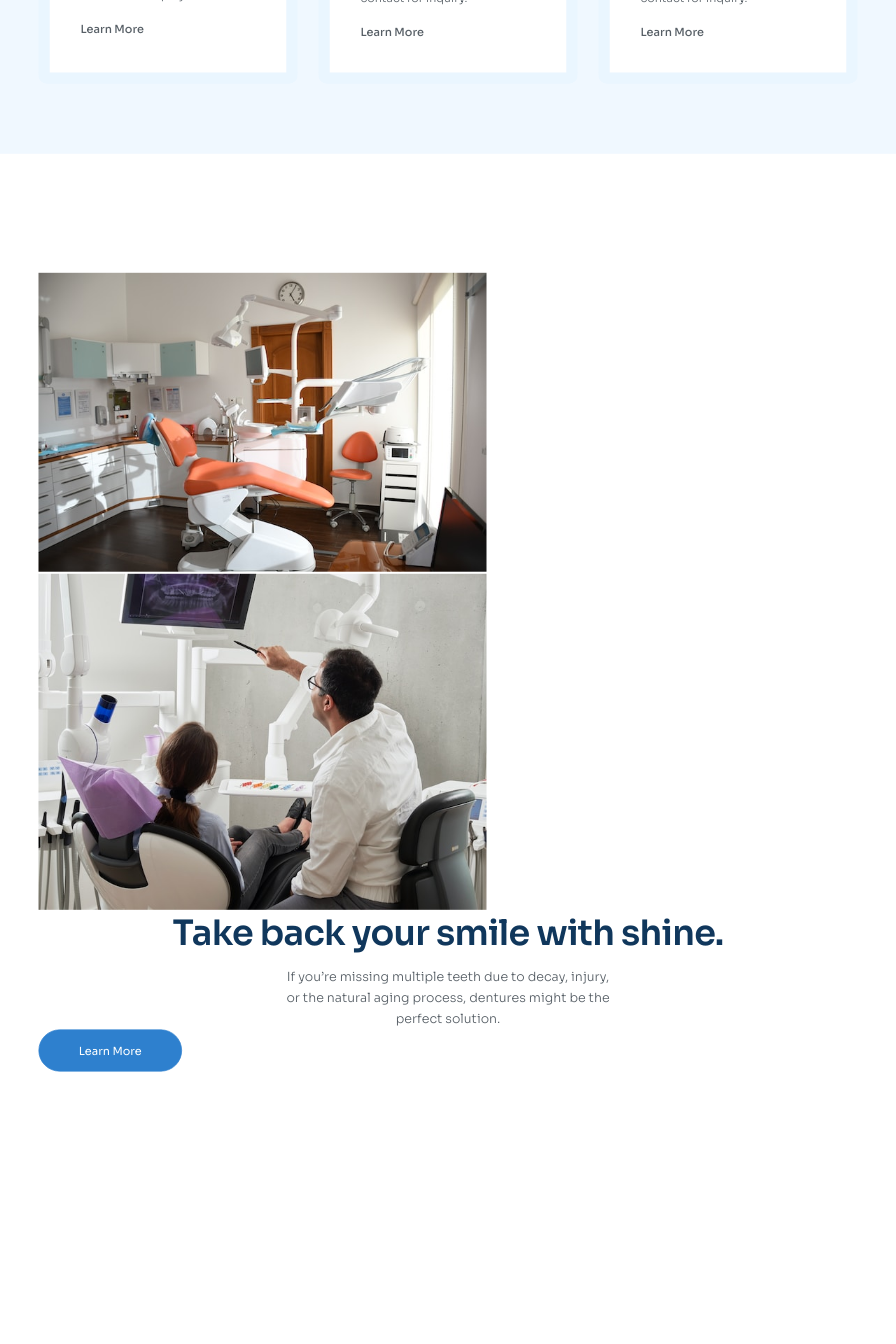
Repository: han2003dz/f8-project-03
Page: index.html
The author's editor kept a copy of each file at every save. The page is drawn from the files as they stood at one save, then again after a run of saves.
The browser window is 1280 px wide. The pictures show the part of the page from y = 2484 to 4404 px (the page is 6000 px tall), at 70% of full size.

Above is the page before, as saved 2023-05-06 20:57:12.

### index.html
<!DOCTYPE html>
<html lang="en">

<head>
    <meta charset="UTF-8">
    <meta http-equiv="X-UA-Compatible" content="IE=edge">
    <meta name="viewport" content="width=device-width, initial-scale=1.0">
    <title>Shine Smile</title>
    <!-- favicon -->
    <link rel="apple-touch-icon" sizes="57x57" href="./assets/favicon/apple-icon-57x57.png">
    <link rel="apple-touch-icon" sizes="60x60" href="./assets/favicon/apple-icon-60x60.png">
    <link rel="apple-touch-icon" sizes="72x72" href="./assets/favicon/apple-icon-72x72.png">
    <link rel="apple-touch-icon" sizes="76x76" href="./assets/favicon/apple-icon-76x76.png">
    <link rel="apple-touch-icon" sizes="114x114" href="./assets/favicon/apple-icon-114x114.png">
    <link rel="apple-touch-icon" sizes="120x120" href="./assets/favicon/apple-icon-120x120.png">
    <link rel="apple-touch-icon" sizes="144x144" href="./assets/favicon/apple-icon-144x144.png">
    <link rel="apple-touch-icon" sizes="152x152" href="./assets/favicon/apple-icon-152x152.png">
    <link rel="apple-touch-icon" sizes="180x180" href="./assets/favicon/apple-icon-180x180.png">
    <link rel="icon" type="image/png" sizes="192x192" href="./assets/favicon/android-icon-192x192.png">
    <link rel="icon" type="image/png" sizes="32x32" href="./assets/favicon/favicon-32x32.png">
    <link rel="icon" type="image/png" sizes="96x96" href="./assets/favicon/favicon-96x96.png">
    <link rel="icon" type="image/png" sizes="16x16" href="./assets/favicon/favicon-16x16.png">
    <link rel="manifest" href="./assets/favicon/manifest.json">
    <meta name="msapplication-TileColor" content="#ffffff">
    <meta name="msapplication-TileImage" content="./assets/favicon/ms-icon-144x144.png">
    <meta name="theme-color" content="#ffffff">
    <!-- embed font -->
    <link rel="preconnect" href="https://fonts.googleapis.com">
    <link rel="preconnect" href="https://fonts.gstatic.com" crossorigin>
    <link href="https://fonts.googleapis.com/css2?family=Sora:wght@300;400;500;600;700&display=swap" rel="stylesheet">
    <!-- my css -->
    <link rel="stylesheet" href="/assets/css/reset.css">
    <link rel="stylesheet" href="/assets/css/style.css">
</head>

<body style="height: 6000px;">
    <header class="header">
        <div class="container">
            <!-- nav -->
            <div class="navigation">
                <a href="#!">
                    <div class="logo">
                        <span class="logo__circle"></span>
                        <span class="logo__text">
                            <span class="logo__brand">shine</span>
                            <span class="logo__brand logo__brand--small">smile</span>
                        </span>
                    </div>
                </a>
                <nav class="navbar">
                    <ul class="nav__list">
                        <li class="nav__item">
                            <a href="#!" class="nav__link nav__link--active">Home</a>
                        </li>
                        <li class="nav__item">
                            <a href="#!" class="nav__link">Services</a>
                        </li>
                        <li class="nav__item">
                            <a href="#!" class="nav__link">About</a>
                        </li>
                        <li class="nav__item">
                            <a href="#!" class="nav__link">Doctors</a>
                        </li>
                    </ul>
                </nav>
                <!-- action -->
                <div class="header-action">
                    <a href="#!" class="header-action__login">Log In</a>
                    <button href="#!" class="header-action__sign-up btn">Sign Up</button>
                </div>
            </div>
            <!-- hero -->
            <section class="hero">
                <!-- hero content -->
                <div class="hero__content">
                    <h1 class="hero__heading">Exceptional dental care for all ages.</h1>
                    <p class="hero__desc">Exceptional dental care for all ages. Your great smile begins with a great
                        dentist.</p>
                    <div class="hero__row">
                        <a href="#!" class="btn hero__btn">Book Online</a>
                        <span class="hero__phone">or call (123) 456-7890</span>
                    </div>
                </div>
                <div class="hero__media">
                    <figure class="hero__images">
                        <img src="./assets/img/img1__hero.jpg" alt="" class="hero__img">
                        <img src="./assets/img/img2__hero.jpg" alt="" class="hero__img">
                    </figure>
                </div>

            </section>
        </div>
    </header>
    <main>
        <!-- service -->
        <div class="service">
            <div class="container">
                <h2 class="section-heading">Our services</h2>
                <p class="section-desc">Exceptional dental care for all ages. Your great smile begins with a great
                    dentist.</p>
                <div class="service__row">
                    <figure>
                        <img src="./assets/img/service-img3.jpg" alt="" class="service__img">
                    </figure>
                    <div>
                        <div class="service__list">
                            <!-- item 1 -->
                            <section class="service-item">
                                <div class="service-item__icon">
                                    <!-- icon -->
                                    <svg width="22" height="24" viewBox="0 0 22 24" fill="none"
                                        xmlns="http://www.w3.org/2000/svg">
                                        <path
                                            d="M20.3598 2.63964C17.9506 -0.556131 14.2772 -0.568132 11.2481 1.10682C11.001 1.24657 10.7219 1.31411 10.4406 1.30222C10.1592 1.29033 9.88633 1.19945 9.65105 1.03931C8.49552 0.245717 7.29036 -0.316477 5.13904 0.207462C0.623408 1.3071 0 4.90379 0 8.99816C0.0797353 12.1602 0.500857 15.3032 1.25551 18.3683C2.11836 22.0168 3.90382 24 5.43354 24C6.96326 24 7.00963 22.2204 7.00963 20.8016C7.00963 19.2009 7.39505 14.8009 10.8642 14.8009C13.5317 14.8009 14.3333 18.4013 14.3333 20.8016C14.3329 23.095 15.1722 24 16.6628 24C19.5267 24 20.9796 15.3938 21.3719 13.1237C21.7642 10.8535 22.9882 6.12569 20.3598 2.63964Z"
                                            fill="currentColor" />
                                    </svg>
                                </div>
                                <div class="service-item__body">
                                    <h3 class="service-item__heading">Oral Surgery</h3>
                                    <p class="service-item__desc">
                                        Everything you expect and then some. Cleanings, fillings, and x-rays.
                                    </p>
                                </div>
                            </section>
                            <!-- item 2 -->
                            <section class="service-item">
                                <div class="service-item__icon">
                                    <!-- icon -->
                                    <svg width="22" height="24" viewBox="0 0 22 24" fill="none"
                                        xmlns="http://www.w3.org/2000/svg">
                                        <path
                                            d="M20.3598 2.63964C17.9506 -0.556131 14.2772 -0.568132 11.2481 1.10682C11.001 1.24657 10.7219 1.31411 10.4406 1.30222C10.1592 1.29033 9.88633 1.19945 9.65105 1.03931C8.49552 0.245717 7.29036 -0.316477 5.13904 0.207462C0.623408 1.3071 0 4.90379 0 8.99816C0.0797353 12.1602 0.500857 15.3032 1.25551 18.3683C2.11836 22.0168 3.90382 24 5.43354 24C6.96326 24 7.00963 22.2204 7.00963 20.8016C7.00963 19.2009 7.39505 14.8009 10.8642 14.8009C13.5317 14.8009 14.3333 18.4013 14.3333 20.8016C14.3329 23.095 15.1722 24 16.6628 24C19.5267 24 20.9796 15.3938 21.3719 13.1237C21.7642 10.8535 22.9882 6.12569 20.3598 2.63964Z"
                                            fill="currentColor" />
                                    </svg>
                                </div>
                                <div class="service-item__body">
                                    <h3 class="service-item__heading">Wisdom Teeth Removal</h3>
                                    <p class="service-item__desc">
                                        Everything you expect and then some. Cleanings, fillings, and x-rays.
                                    </p>
                                </div>
                            </section>
                            <!-- item 3 -->
                            <section class="service-item">
                                <div class="service-item__icon">
                                    <!-- icon -->
                                    <svg width="22" height="24" viewBox="0 0 22 24" fill="none"
                                        xmlns="http://www.w3.org/2000/svg">
                                        <path
                                            d="M20.3598 2.63964C17.9506 -0.556131 14.2772 -0.568132 11.2481 1.10682C11.001 1.24657 10.7219 1.31411 10.4406 1.30222C10.1592 1.29033 9.88633 1.19945 9.65105 1.03931C8.49552 0.245717 7.29036 -0.316477 5.13904 0.207462C0.623408 1.3071 0 4.90379 0 8.99816C0.0797353 12.1602 0.500857 15.3032 1.25551 18.3683C2.11836 22.0168 3.90382 24 5.43354 24C6.96326 24 7.00963 22.2204 7.00963 20.8016C7.00963 19.2009 7.39505 14.8009 10.8642 14.8009C13.5317 14.8009 14.3333 18.4013 14.3333 20.8016C14.3329 23.095 15.1722 24 16.6628 24C19.5267 24 20.9796 15.3938 21.3719 13.1237C21.7642 10.8535 22.9882 6.12569 20.3598 2.63964Z"
                                            fill="currentColor" />
                                    </svg>
                                </div>
                                <div class="service-item__body">
                                    <h3 class="service-item__heading">Preventative Dentistry</h3>
                                    <p class="service-item__desc">
                                        Everything you expect and then some. Cleanings, fillings, and x-rays.
                                    </p>
                                </div>
                            </section>
                        </div>
                        <a href="" class="btn service__btn">All Services</a>
                    </div>
                </div>
            </div>
        </div>
        <section class="work">
            <div class="container">
                <h2 class="section-heading heading__work">How it works</h2>
                <p class="section-desc desc__work">Exceptional dental care for all ages. Your great smile begins with a
                    great dentist.
                </p>
                <div class="work__list">
                    <!-- item 1 -->
                    <section class="work-item">
                        <img src="./assets/icon/search.svg" alt="" class="work-item__icon">
                        <h3 class="work-item__heading">Search doctor</h3>
                        <p class="work-item__desc">Search a doctor by education, qualifications or experience-contact
                            for inquiry.
                        </p>
                        <a href="#!" class="learn-more">Learn More</a>
                    </section>
                    <!-- item 2 -->
                    <section class="work-item">
                        <img src="./assets/icon/search-user.svg" alt="" class="work-item__icon">
                        <h3 class="work-item__heading">Find best doctor</h3>
                        <p class="work-item__desc">Search a doctor by education, qualifications or experience-contact
                            for inquiry.
                        </p>
                        <a href="#!" class="learn-more">Learn More</a>
                    </section>
                    <!-- item 3 -->
                    <section class="work-item">
                        <img src="./assets/icon/bag.svg" alt="" class="work-item__icon">
                        <h3 class="work-item__heading">Get treatment</h3>
                        <p class="work-item__desc">Search a doctor by education, qualifications or experience-contact
                            for inquiry.
                        </p>
                        <a href="#!" class="learn-more">Learn More</a>
                    </section>
                </div>
            </div>
        </section>
        <!-- feature -->
        <div class="feature">
            <div class="container">
                <div class="feature__media">
                    <figure class="feature__images">
                        <img src="./assets/img/feature-img1.jpg" alt="" class="feature__img">
                        <img src="./assets/img/feature-img2.jpg" alt="" class="feature__img">
                    </figure>
                </div>
                <section class="feature__content">
                    <h2 class="section-heading">Take back your smile with shine.</h2>
                    <p class="section-desc">If you’re missing multiple teeth due to decay, injury, or the natural aging
                        process, dentures might be the perfect solution.
                    </p>
                    <a href="#!" class="btn">Learn More</a>
                </section>
            </div>
        </div>
    </main>
    <script src="./assets/app.js"></script>
</body>

</html>

### assets/css/style.css
* {
  box-sizing: border-box;
}
html {
  font-size: 62.5%;
}
body {
  font-size: 1.6rem;
  font-family: "Sora", sans-serif;
}
/* common */
.container {
  width: 1170px;
  max-width: calc(100% - 48px);
  margin: 0 auto;
}
.navigation {
  display: flex;
  justify-content: space-between;
  align-items: center;
}
a {
  text-decoration: none;
}
:root {
  --header-bg: #10375c;
  --primary-color: #2e80ce;
  --height-btn: 60px;
}
.nav__link,
.header-action__login {
  padding: 5px 14px;
  font-size: 1.6rem;
  font-weight: 300;
  color: #c9d2da;
}
.header-action__login:hover,
.nav__link:hover,
.nav__link--active {
  text-shadow: 1px 0 0 #fff;
}
.btn {
  display: inline-block;
  min-width: 205px;
  height: var(--height-btn);
  padding: 0 20px;
  border: 1px solid var(--primary-color);
  line-height: var(--height-btn);
  border-radius: 999px;
  font-weight: 400;
  font-size: 1.6rem;
  text-align: center;
  color: #fff;
  background: var(--primary-color);
}
.btn:hover {
  opacity: 0.9;
  cursor: pointer;
}
/* header */
.header {
  padding-top: 30px;
  padding-bottom: 100px;
  min-height: 100vh;
  background: var(--header-bg);
}

.logo {
  /* 1em = 10px */
  font-size: 1rem;
  position: relative;
  display: inline-flex;
  align-items: center;
}
.logo__circle::before,
.logo__circle::after {
  display: inline-block;
  content: "";
  border-radius: 50%;
}
.logo__circle::before {
  width: 3em;
  height: 3em;
  background: var(--primary-color);
}
.logo__circle::after {
  width: 1.6em;
  height: 1.6em;
  background: #fff;
  position: absolute;
  top: 1.1em;
  left: 1.1em;
}
.logo__text {
  margin-left: 0.6em;
  text-align: right;
  line-height: 1.6em;
}
.logo__brand {
  display: block;
  font-weight: 400;
  font-size: 1.8em;
  color: #fff;
}
.logo__brand--small {
  font-size: 1.2em;
  font-weight: 300;
}
/* navbar */
.navbar .nav__list {
  display: flex;
}
.nav__link {
  padding: 5px 21px;
}
.nav__link--active {
  pointer-events: none;
}
.nav__link--active::before {
  position: relative;
  left: -8px;
  bottom: 2px;
  content: "";
  display: inline-block;
  width: 6px;
  height: 6px;
  background: #fff;
  border-radius: 50%;
}
/* header-action */
.header-action {
  display: flex;
  align-items: center;
}
.header-action__login {
  margin-right: 7px;
}
.header-action__sign-up {
  min-width: 120px;
}
/* hero */
.hero {
  display: flex;
  margin-top: 76px;
  align-items: center;
}
.hero__content {
  /* giải quyết vấn đề co nhỏ */
  flex-shrink: 0;
  width: 44%;
}
.hero__media {
  flex-grow: 1;
}
.hero__heading {
  font-weight: 600;
  font-size: 7rem;
  line-height: 1.14;
  /* or 114% */
  letter-spacing: -0.02em;
  color: #ffffff;
}
.hero__desc {
  font-weight: 300;
  font-size: 1.8rem;
  line-height: 1.67;
  /* or 167% */
  color: #c9d2da;
  margin-top: 22px;
  margin-bottom: 38px;
}
.hero__phone {
  font-weight: 400;
  font-size: 1.8rem;
  line-height: 1.67;
  color: #fff;
}
.hero__row {
  display: flex;
  align-items: center;
  gap: 38px;
}
.hero__images {
  display: flex;
  align-items: center;
  justify-content: flex-end;
}
.hero__img {
  width: 330px;
  height: 500px;
  border-radius: 6px;
  object-fit: cover;
}
.hero__img:last-child {
  width: 210px;
  height: 400px;
}
/* service */
.service {
  padding: 170px 0;
}
.section-heading,
.section-desc {
  text-align: center;
}
.section-heading {
  font-weight: 600;
  font-size: 5rem;
  line-height: 1.2;
  /* identical to box height, or 120% */
  letter-spacing: -0.02em;
  color: #10375c;
  margin-bottom: 18px;
}
.section-desc {
  font-weight: 300;
  font-size: 1.8rem;
  line-height: 1.67;
  /* or 167% */
  margin: 0 auto;
  color: #575f66;
  max-width: 468px;
}
.service__row {
  margin-top: 70px;
  display: flex;
  justify-content: space-between;
  align-items: center;
}
.service__img {
  width: 570px;
  height: 570px;
  object-fit: cover;
  border-radius: 12px;
}
.service-item {
  display: flex;
  max-width: 420px;
  height: 128px;
  background: #ffffff;
  border-radius: 10px;
  align-items: center;
}
.service-item:hover {
  box-shadow: 0px 14px 28px rgba(0, 0, 0, 0.05);
  border-radius: 10px;
  cursor: pointer;
  position: relative;
}
.service-item:hover .service-item__icon {
  background: #2e80ce;
  box-shadow: 0px 8px 16px rgba(40, 155, 222, 0.15);
  color: #fff;
}
.service-item__heading {
  font-weight: 600;
  font-size: 1.8rem;
  line-height: 1.27;
  /* identical to box height */
  color: #10375c;
  margin-bottom: 8px;
}
.service-item__desc {
  font-weight: 300;
  font-size: 1.6rem;
  line-height: 1.75;
  /* or 175% */
  color: #575f66;
  max-width: 308px;
}
.service-item__icon {
  display: flex;
  justify-content: center;
  align-items: center;
  margin-right: 19px;
  margin-left: 22px;
  flex-shrink: 0;
  width: 60px;
  height: 60px;
  border-radius: 50%;
  background: #eff6fd;
  box-shadow: 0px 8px 16px rgba(0, 0, 0, 0.05);
  color: #10375c;
}
.service-item__body {
  margin-left: 20px;
}
.service__btn {
  margin-top: 55px;
}
/* work */
.work {
  padding: 100px 0;
  background: #f0f8ff;
}
.heading__work,
.desc__work {
  text-align: left;
  margin: 0;
}
.desc__work {
  margin-top: 18px;
}
.work__list {
  display: grid;
  grid-template-columns: repeat(3, 1fr);
  margin-top: 70px;
  column-gap: 30px;
}
.work-item{
  padding: 44px;
  border-radius: 12px;
  border: 16px solid #EAF6FF;
  background: #fff;
  transition: .25s;
}
.work-item:hover{
  border: 16px solid var(--primary-color);
  transform: translateY(-16px);
}
.work-item__heading {
  margin-top: 18px;
  font-weight: 600;
  font-size: 2.6rem;
  line-height: 1.38;
  /* identical to box height, or 138% */
  color: var(--header-bg);
}
.work-item__desc, .learn-more {
  margin-top: 28px;
  font-weight: 300;
  font-size: 16px;
  line-height: 28px;
  /* or 175% */
  color: #575f66;
}
.learn-more{
  display: inline-block;
  margin-top: 20px;
  font-weight: 500;
}
.learn-more:hover{
  font-weight: 600;
  color: #2e80ce;
  transition: 0.2s;
  transform: translateY(-3px);
}
/* feature */
.feature{
  margin-top: 85px;
  padding: 85px 0;
}
.feature__media{
  width: 48%;
}
.feature__images{
  position: relative;
}
.feature__img{
  w512px;h
}

### assets/app.js
const navItems = document.querySelectorAll(".nav__link");
function handleClickNav(event){
    [...navItems].forEach(item => item.classList.remove("nav__link--active"));
    event.target.classList.add("nav__link--active");
    console.log(event.target);
}
[...navItems].forEach(item => item.addEventListener("click", handleClickNav));

Loaded but not shown: assets/css/reset.css (common file)

After the next 2 saves:
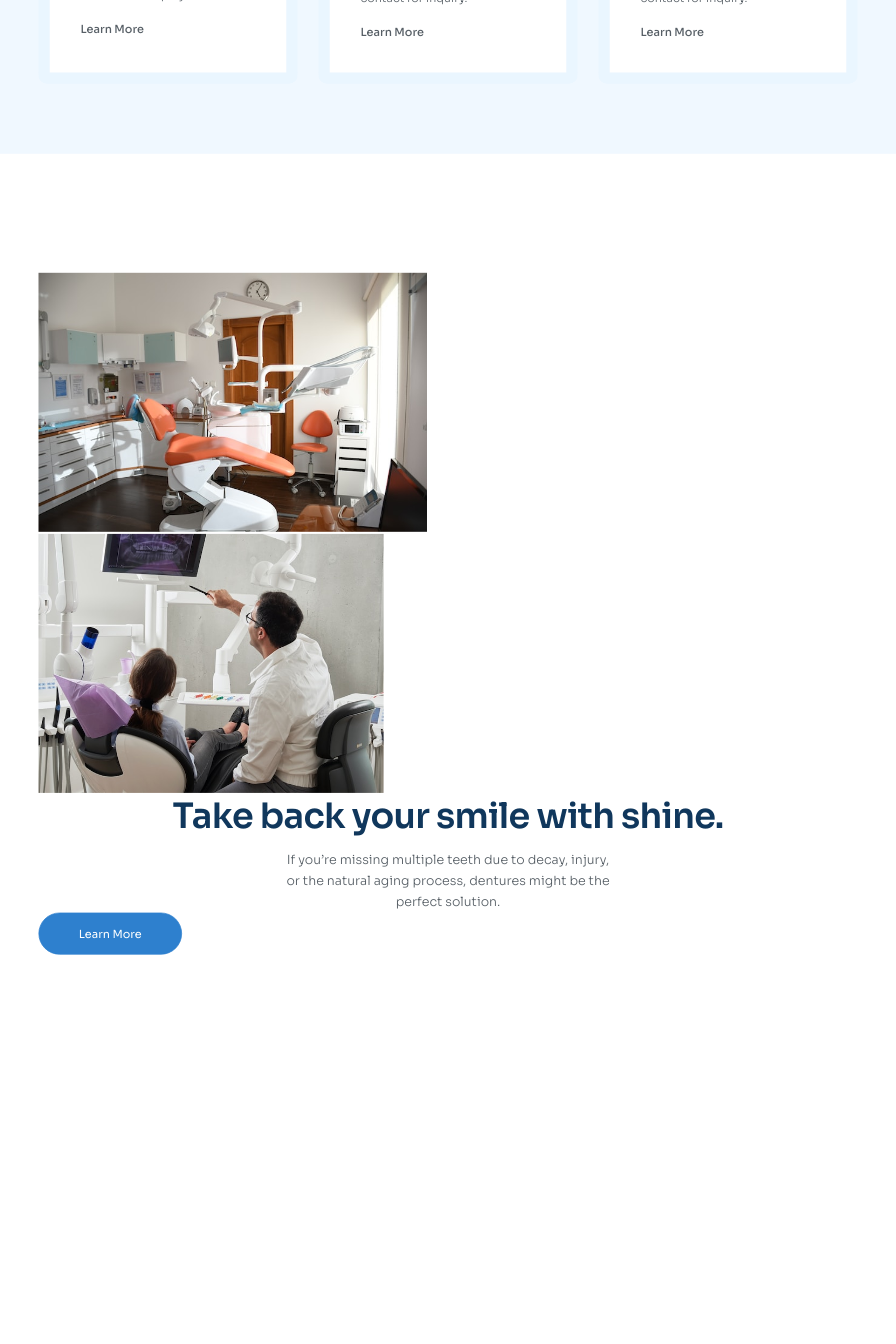
The 2 saves are shown as one change because they came seconds apart.
The last was saved 7 s later.
--- a/assets/css/style.css
+++ b/assets/css/style.css
@@ -357,5 +357,6 @@ a {
   position: relative;
 }
 .feature__img{
-  w512px;h
-}
+  w512px;
+  height: 370px;
+}
